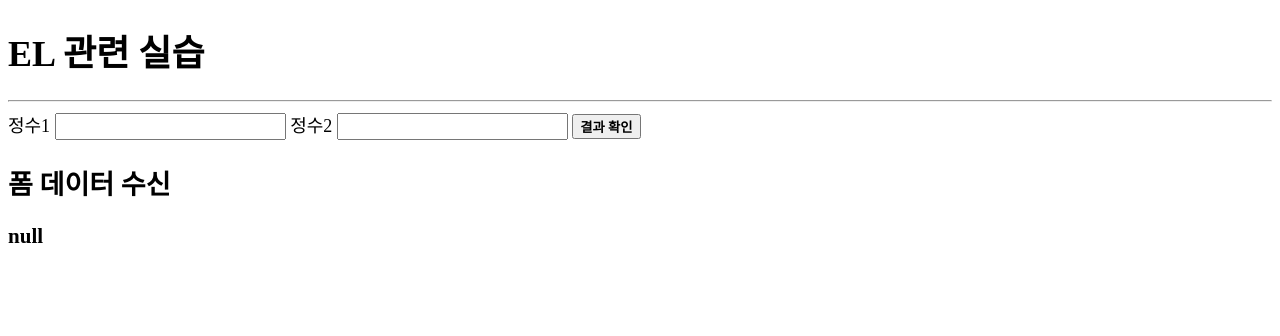
Repository: onpul/Web
Page: http://localhost/WebApp22/Test3.jsp
An editor plug-in stored every save of this project. The page is shown before and after the next save, followed by the edit.
The browser window is 1280 px wide. The pictures show the whole page.
The page is served by Tomcat 9.

Above is the page before, as saved 2022-04-29 00:41:02.

After the next save:
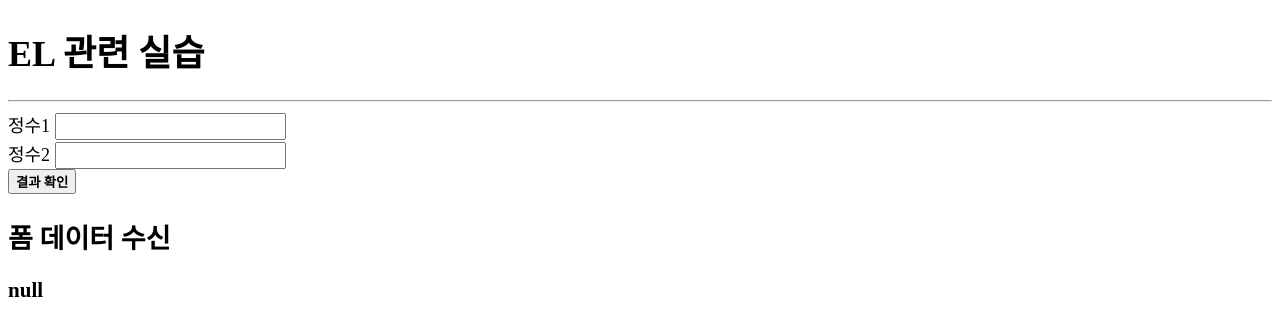
Saved 57 s later.
--- a/WebApp22/WebContent/Test3.jsp
+++ b/WebApp22/WebContent/Test3.jsp
@@ -21,8 +21,8 @@
 <div>
 	<!-- action 속성 생략 → su1 과 su2 데이터를 전송하며 요청하는 페이지는 자기 자신~!!! -->
 	<form method="post">
-		정수1 <input type="text" name="su1" class="txt"/>
-		정수2 <input type="text" name="su2" class="txt"/>
+		정수1 <input type="text" name="su1" class="txt"/><br>
+		정수2 <input type="text" name="su2" class="txt"/><br>
 		<button type="submit" class="btn">결과 확인</button>
 	</form>
 </div>
